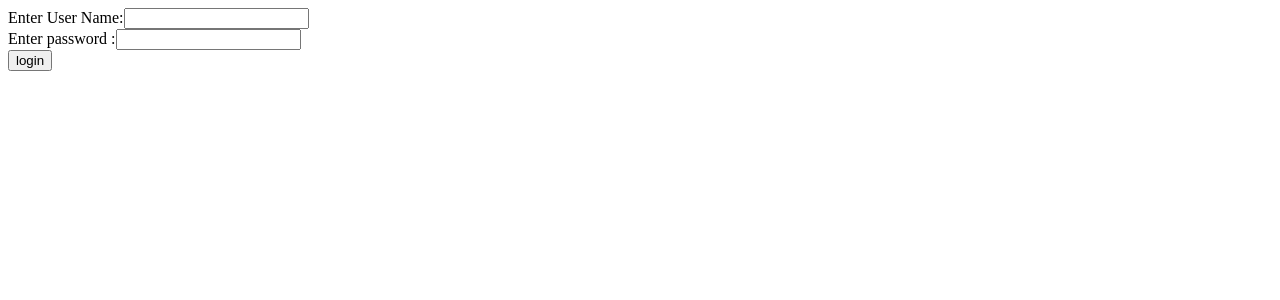
Repository: mugdha97/JSPServlet
Page: http://localhost/com.bridgelabz.loginRegister/login.jsp
An editor plug-in stored every save of this project. The page is shown before and after the next save, followed by the edit.
The browser window is 1280 px wide. The pictures show the whole page.
The page is served by Tomcat 9. Other server files are loaded and not shown.

Above is the page before, as saved 2019-10-18 13:25:16.

### com.bridgelabz.loginRegister/WebContent/login.jsp
<%@ page language="java" contentType="text/html; charset=UTF-8"
    pageEncoding="UTF-8"%>
<!DOCTYPE html>
<html>
<head>
<meta charset="UTF-8">
<title>Insert title here</title>
</head>
<body>
<form action="login" method="post">
Enter User Name:<input type="text" name="uname"><br>
Enter password :<input type="password" name="password"><br>
<input type="submit" value="login">

</form>
<form >


</form>
</body>
</html>

After the next save:
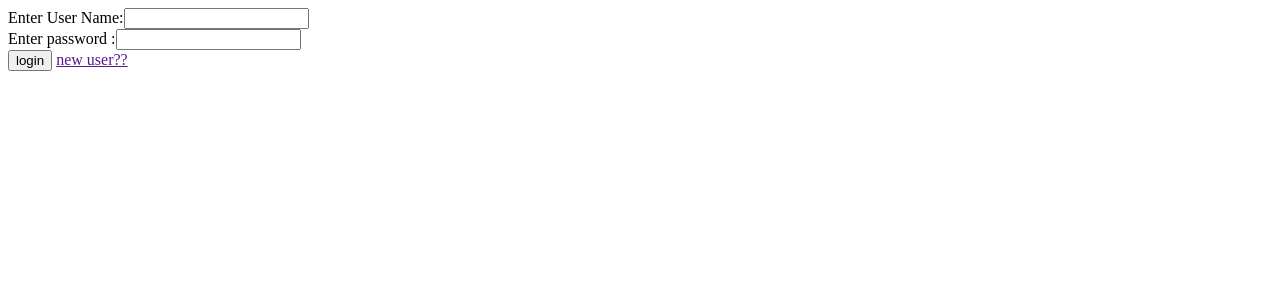
Saved 33 s later.
--- a/com.bridgelabz.loginRegister/WebContent/login.jsp
+++ b/com.bridgelabz.loginRegister/WebContent/login.jsp
@@ -11,7 +11,7 @@
 Enter User Name:<input type="text" name="uname"><br>
 Enter password :<input type="password" name="password"><br>
 <input type="submit" value="login">
-
+<a href>new user??</a>
 </form>
 <form >
 
